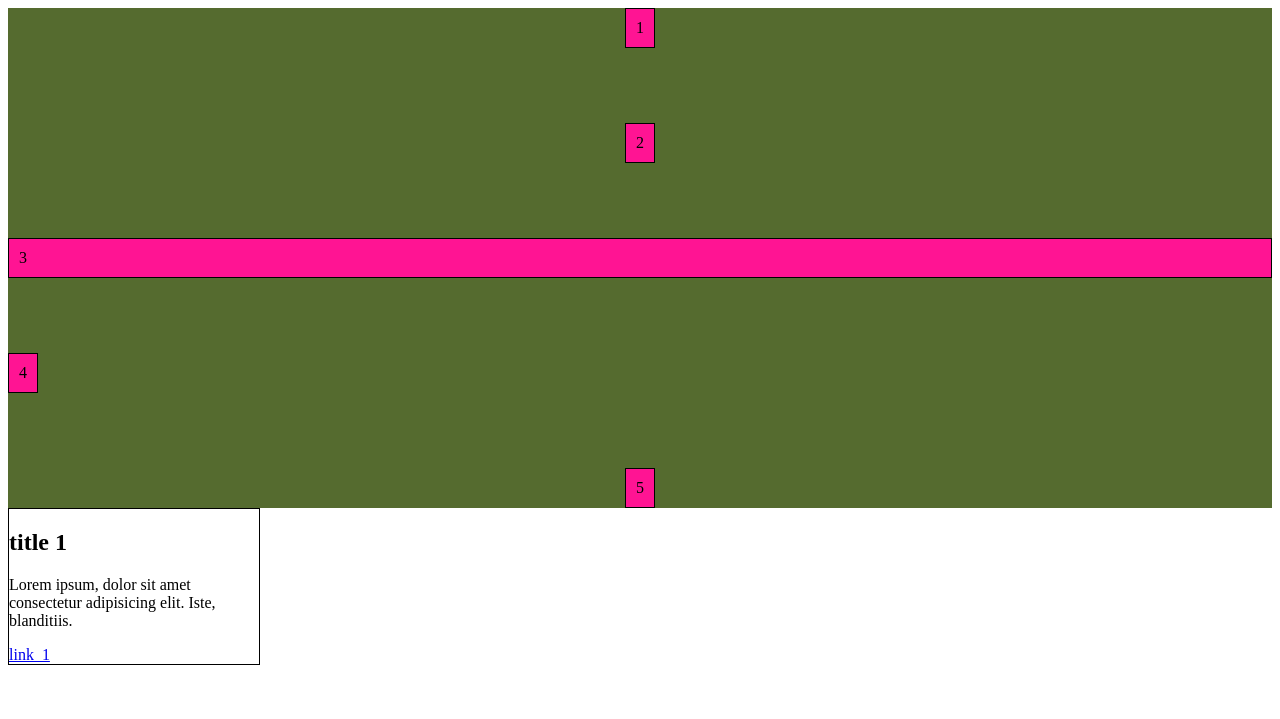
Repository: RustamNazarov98/demo
Page: index.html
These files come from the project's save history. The page is drawn as it stood at one moment and after the next save; the edit follows.
The browser window is 1280 px wide. The pictures show the whole page.

Above is the page before, as saved 2022-04-06 18:28:35.

After the next save:
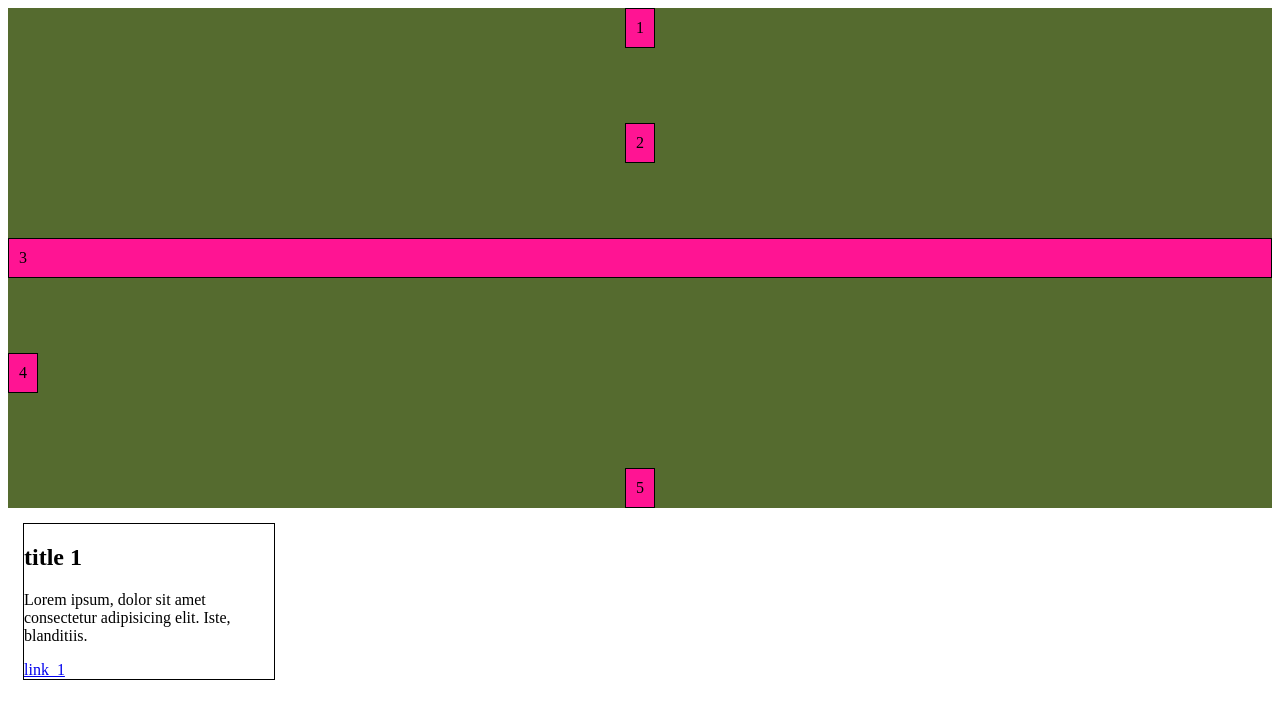
Saved 25 s later.
--- a/style.css
+++ b/style.css
@@ -26,6 +26,7 @@
 
 .cards {
     display: flex;
+    margin: 15px 15px;
 }
 .card {
     width: 250px;
